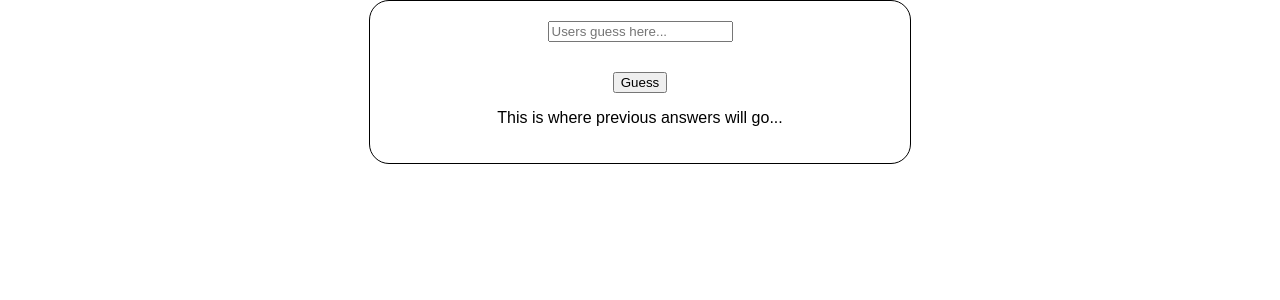
Repository: BAAMOSK/hotandcold
Page: /
The author's editor kept a copy of each file at every save. The page is drawn from the files as they stood at one save, then again after the next save.
The browser window is 1280 px wide. The pictures show the whole page.
The project was rebuilt for these pictures with package versions that can differ from the ones it lists, and the page was loaded fresh each time.

Above is the page before, as saved 2017-05-16 03:40:29.

### src/index.js
import React from 'react';
import ReactDOM from 'react-dom';
import Game from './components/game';
import './index.css'

ReactDOM.render(<Game />, document.getElementById('root'));

### src/components/game.js
//This is the high level component
import React from 'react';
//guess is the user input
import Guess from './guess';
//response is the aggregate answers
import Response from './response';
import './game.css';

export default function Game() {
  return (
    <div className="game">
      <Guess />
      <Response />
    </div>
  );
}

### src/components/guess.js
import React from 'react';
import './guess.css';

const guess = 'Users guess here...'
export default function Guess(props) {
  return (
    <div>
      <input type="textarea" placeholder={guess}/>
      <br />
      <button>Guess</button>
    </div>
  );
};

### src/components/response.js
import React from 'react';

const answer = 'This is where previous answers will go...'

export default function Response() {
  return (
    <p>
      {answer}
    </p>
  );
};

### src/components/game.css
.game {
  padding: 20px;
  text-align: center;
  margin: auto;
  border: 1px solid black;
  border-radius: 20px;
  width: 500px;
}

### src/components/guess.css
button {
  margin-top: 30px;
}

Loaded but not shown: public/index.html (common file); src/index.css (common file)

After the next save:
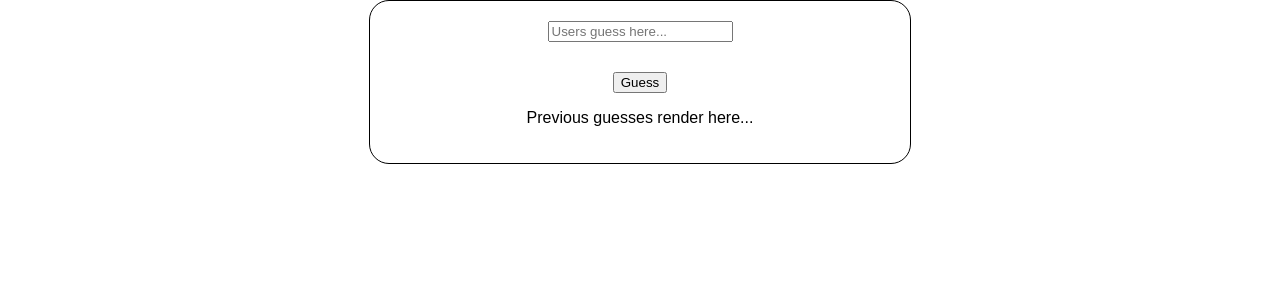
Saved 24 s later.
--- a/src/components/response.js
+++ b/src/components/response.js
@@ -1,6 +1,6 @@
 import React from 'react';
 
-const answer = 'This is where previous answers will go...'
+const answer = 'Previous guesses render here...'
 
 export default function Response() {
   return (
